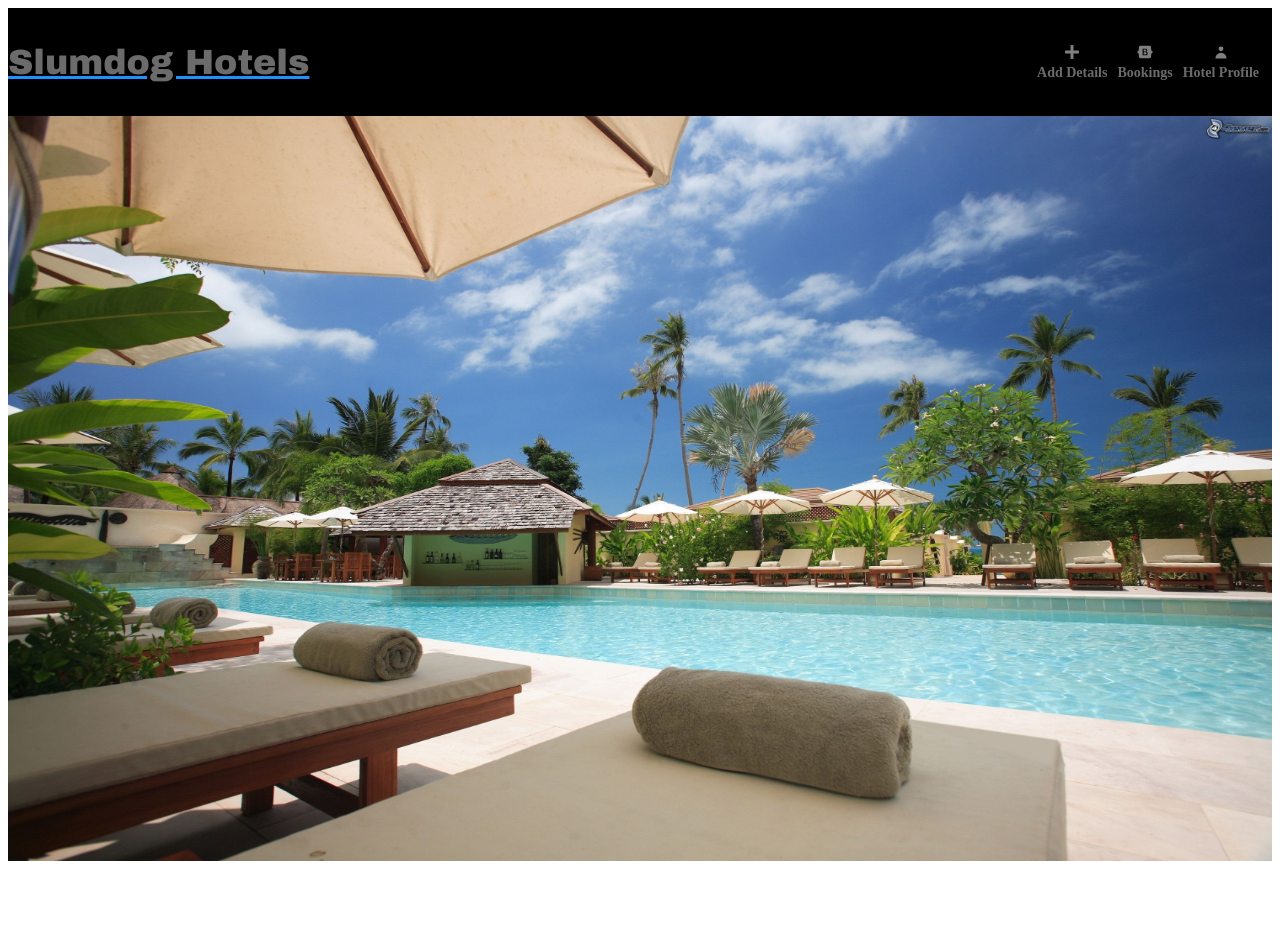
Repository: gopinathsjsu/team-project-scrumdog-millionaires
Page: / (app in frontend/admin/)
An editor plug-in stored every save of this project. The page is shown before and after a run of saves, followed by the edit.
The browser window is 1280 px wide. The pictures show the whole page.
The project was rebuilt for these pictures with package versions that can differ from the ones it lists, and the page was loaded fresh each time. Also part of the build but not shown: frontend/admin/src/AdminRegister.js, frontend/admin/src/reloader.css, frontend/admin/src/Reloader.js, frontend/admin/src/Bookings.css. Imported but missing from the stored project, and not drawn on this page: frontend/admin/src/serviceWorker.

Above is the page before, as saved 2022-05-15 22:57:09.

After the next 3 saves:
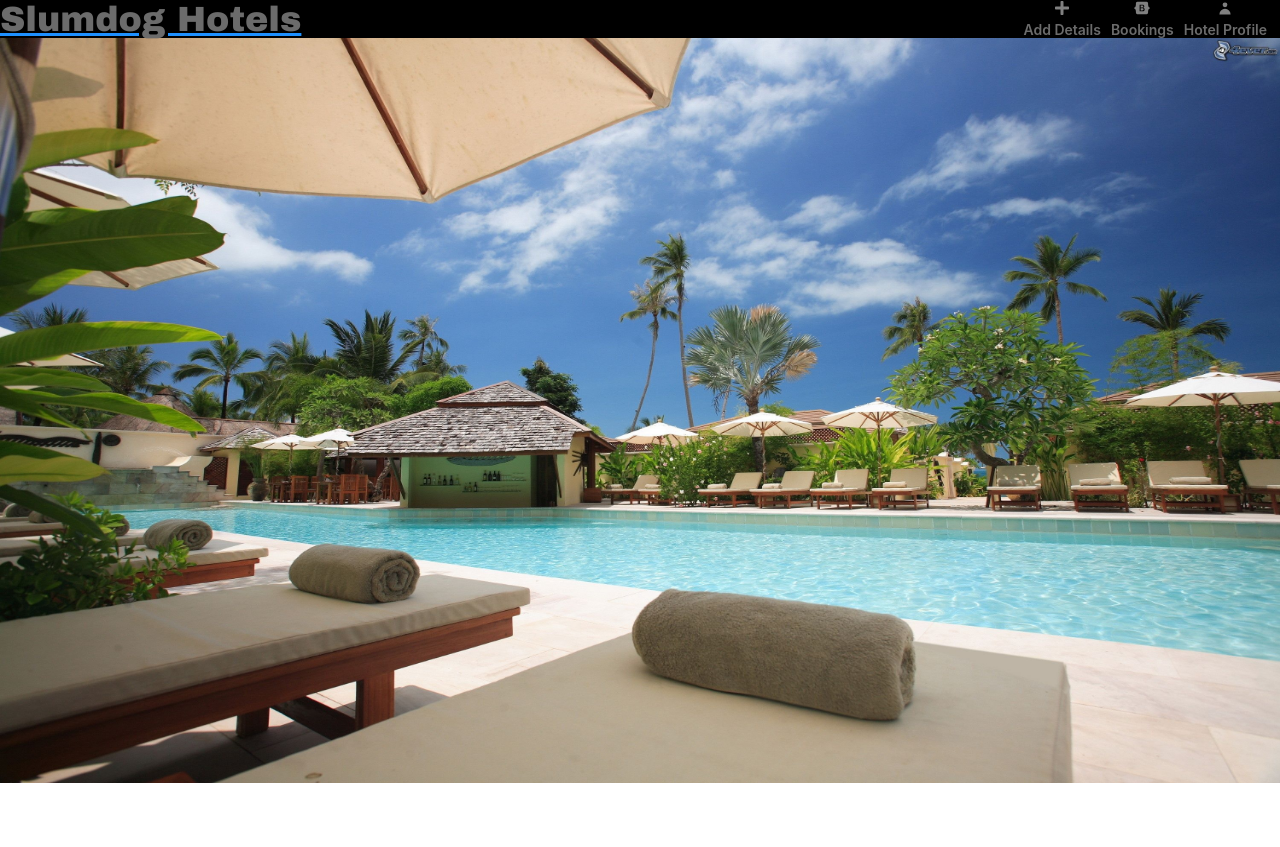
The 3 saves are shown as one change because they came seconds apart.
The last was saved 30 s later.
--- a/frontend/admin/src/index.css
+++ b/frontend/admin/src/index.css
@@ -1,10 +1,6 @@
-<<<<<<< HEAD
 *{
   margin:0;
-
 }
-=======
->>>>>>> main
 body {
   margin: 0;
   font-family: -apple-system, BlinkMacSystemFont, 'Segoe UI', 'Roboto', 'Oxygen',
@@ -12,10 +8,7 @@
     sans-serif;
   -webkit-font-smoothing: antialiased;
   -moz-osx-font-smoothing: grayscale;
-<<<<<<< HEAD
 
-=======
->>>>>>> main
 }
 
 code {
